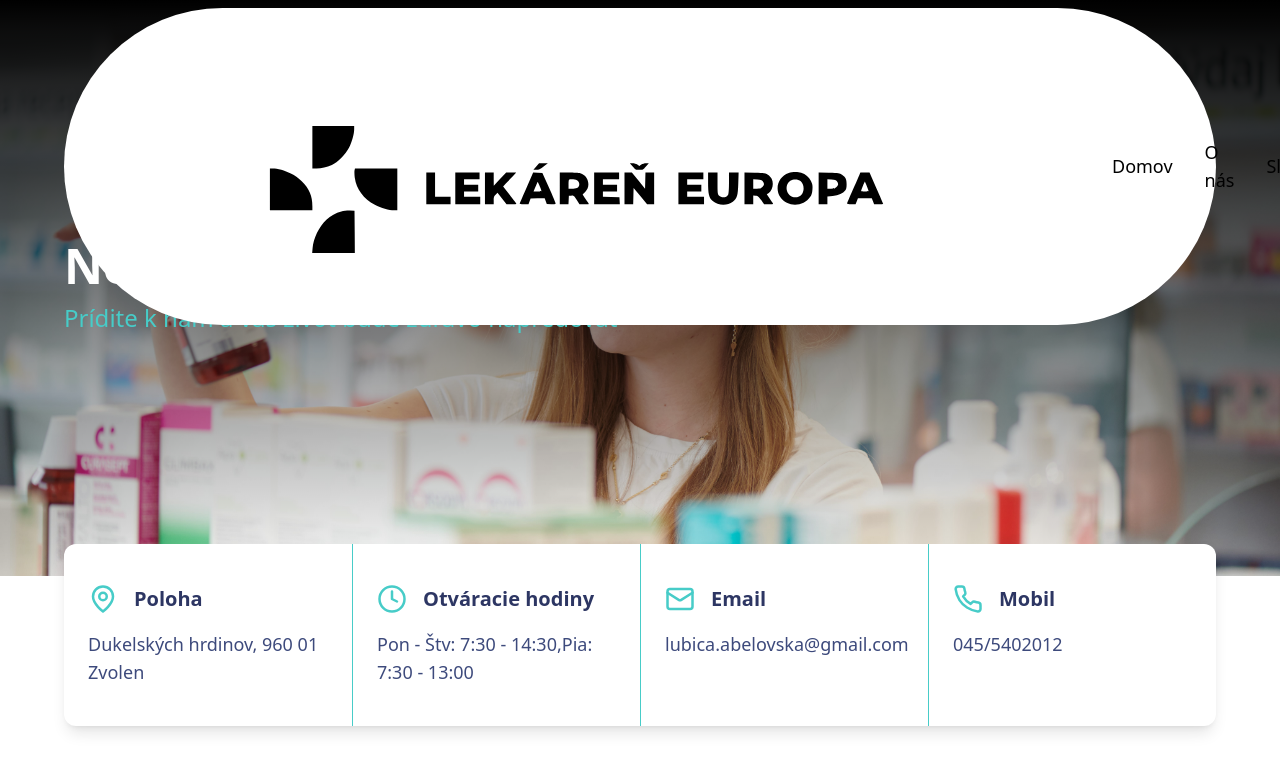
Repository: SimonSkoda13/Lekaren
Page: /
An editor plug-in stored every save of this project. The page is shown before and after the next save, followed by the edit.
The browser window is 1280 px wide. The pictures show the whole page.
The project was rebuilt for these pictures with package versions that can differ from the ones it lists, and the page was loaded fresh each time. The framework's server and built-in components were replaced by stand-ins that run in the browser. Also part of the build but not shown: next.config.js.

Above is the page before, as saved 2023-04-22 19:21:24.

After the next save:
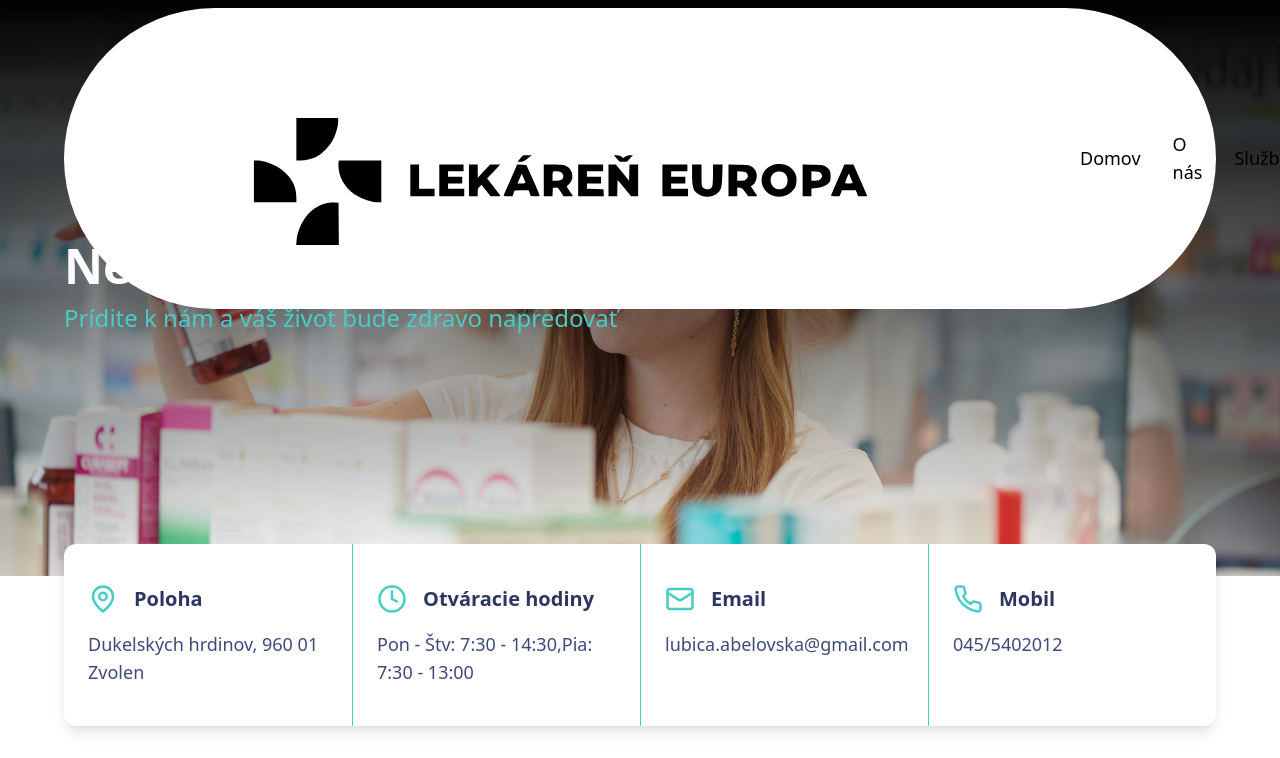
Saved 33 s later.
--- a/src/app/components/Header/Header.tsx
+++ b/src/app/components/Header/Header.tsx
@@ -8,7 +8,7 @@ export const Header = (props: HeaderProps) => {
   return (
     <header className="cntn fixed w-full top-2 z-10">
       <div className="flex bg-white rounded-full items-center">
-        <img src="/headerLogo.svg" className="py-2 px-4 text-2xl font-bold" />
+        <img src="/headerLogo.svg" className="" />
         <div className="py-2 px-4 flex gap-8 items-center mx-auto text-lg font-medium">
           <Link href="/">Domov</Link>
           <Link href="/onas">O nás</Link>
